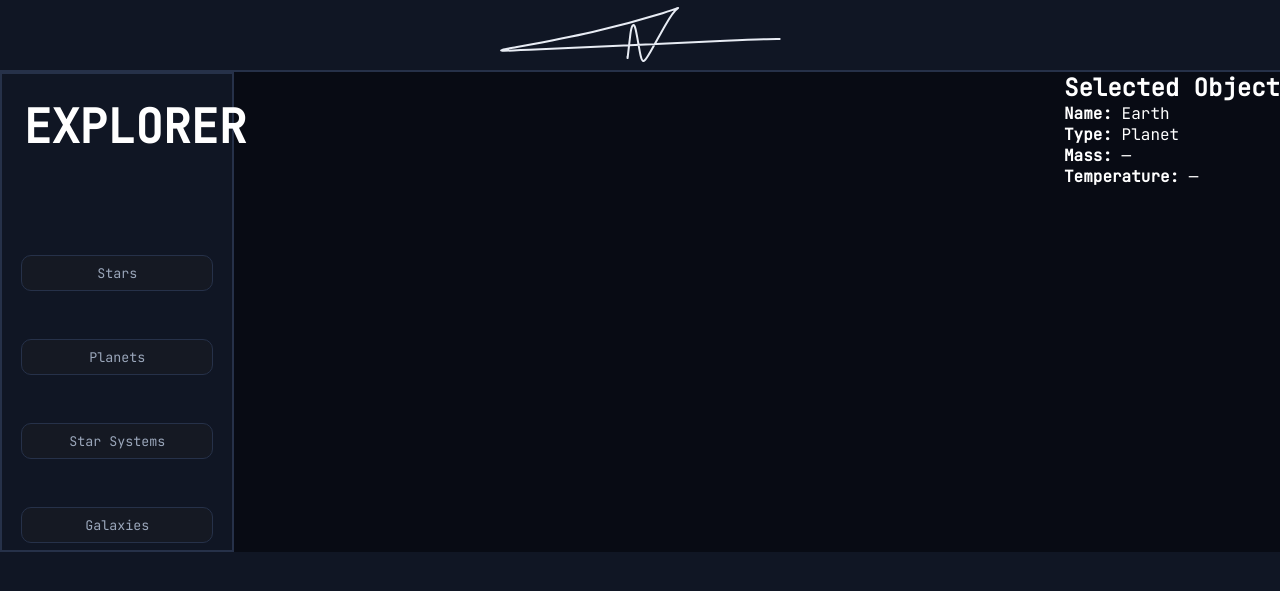
Repository: nico-madruga/Universe
Page: front-end/html/index.html
The author's editor kept a copy of each file at every save. The page is drawn from the files as they stood at one save, then again after the next save.
The browser window is 1280 px wide. The pictures show the whole page.

Above is the page before, as saved 2026-09-28 17:50:53.

### front-end/html/index.html
<!DOCTYPE html>
<html lang="en">
<head>
    <meta charset="UTF-8">
    <meta name="viewport" content="width=device-width, initial-scale=1.0">
    <link href='https://fonts.googleapis.com/css?family=JetBrains Mono' rel='stylesheet'>
    <link rel="stylesheet" href="../css/style.css">
    <title>Universe</title>

    <link rel="stylesheet" href="../css/style.css">
</head>

<body>

    <header>
        <img src="/front-end/imgs/Vector 1.svg">
    </header>


    <main class="layout">

        <aside class="sidebar">

            <h2>EXPLORER</h2>

            <nav>
                <button class="standard_button">Stars</button>
                <button class="standard_button">Planets</button>
                <button class="standard_button">Star Systems</button>
                <button class="standard_button">Galaxies</button>
            </nav>

        </aside>


                <div class="star star-1"></div>
                <div class="star star-2"></div>
                <div class="star star-3"></div>

                <div class="planet"></div>


            <section class="object-info">

                <h2>Selected Object</h2>

                <div class="info-grid">

                    <p>
                        <strong>Name:</strong>
                        Earth
                    </p>

                    <p>
                        <strong>Type:</strong>
                        Planet
                    </p>

                    <p>
                        <strong>Mass:</strong>
                        —
                    </p>

                    <p>
                        <strong>Temperature:</strong>
                        —
                    </p>

                </div>

            </section>

        </section>

    </main>

</body>
</html>

### front-end/css/style.css
:root
{
    --background-color: #101624;
    --planet-background-color: #080B14;
    --button-color: #2222224D;
    --button-border-color-hovered: #222222;
    --button-color-hovered: #263149BF;
    --panels-color: #101624;
    --panel-borders-color: #263149;
    --main-text-color: #E8ECF4;
    --secondary-text-color: #9AA6BA;
    --primary-accent-color: #4CC9F0;
    --secondary-accent-color: #8B7CFF;
    --highlight-color: #A9E8FF;
}

*
{
 padding: 0;
 margin: 0;
 color: white;
 font-family: 'JetBrains Mono';
}

header
{
    display: flex;
    padding: 1vh 0;
    background-color: var(--background-color);
    flex-direction: row-reverse;
    justify-content: space-evenly;
    border-bottom: 2px solid var(--panel-borders-color);
}

header input
{
    align-self: center;
    height: 2rem;
}

body
{
    background-color: var(--background-color);
}

.layout
{
    display: flex;
    justify-content: space-between;
    background-color: var(--planet-background-color);
}

.layout .sidebar
{
    display: flex;
    flex-direction: column;
    text-align: center;
    width: 18vw;
    height: 66vh;
    border: 2px solid var(--panel-borders-color);
    background-color: var(--panels-color);
}

.sidebar h2
{
    padding: 3vh;
    font-size: 2.9rem;
    font-style: normal;
}

.sidebar nav
{
    display: flex;
    flex-direction: column;
    gap: 48px;
    padding-top: 4.8rem;
}

.standard_button
{
    align-self: center;
    width: 15vw;
    height: 5vh;
    background-color: var(--button-color);
    border: 1px solid var(--panel-borders-color);
    border-style: solid;
    color: var(--secondary-text-color);
    border-radius: 10px;
}

.standard_button:hover
{
    border: 1px solid var(--button-border-color-hovered);
    background-color: var(--button-color-hovered);
    color: var(--secondary-accent-color)
}

.content
{
    display: flex;
}

.content .space
{
    background-color: var(--planet-background-color);
    width: 100%;
}

.content .object-info
{
    width: 18vw;
    background-color: var(--panels-color);
}

After the next save:
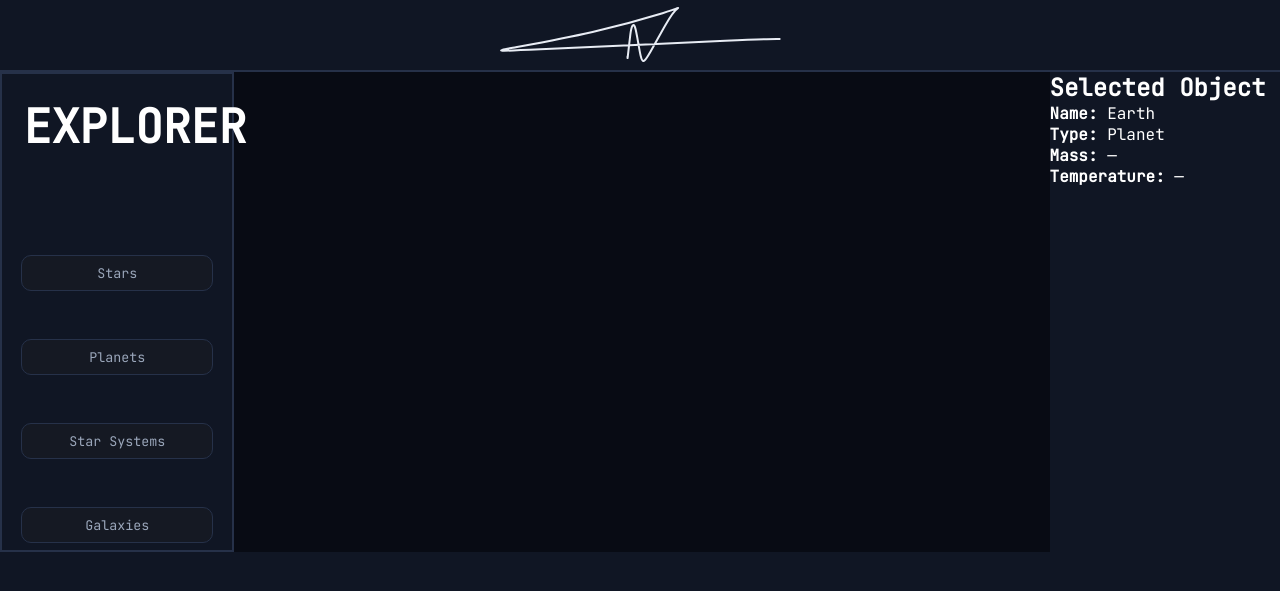
Saved 14 s later.
--- a/front-end/css/style.css
+++ b/front-end/css/style.css
@@ -106,7 +106,7 @@ body
     width: 100%;
 }
 
-.content .object-info
+.layout .object-info
 {
     width: 18vw;
     background-color: var(--panels-color);
